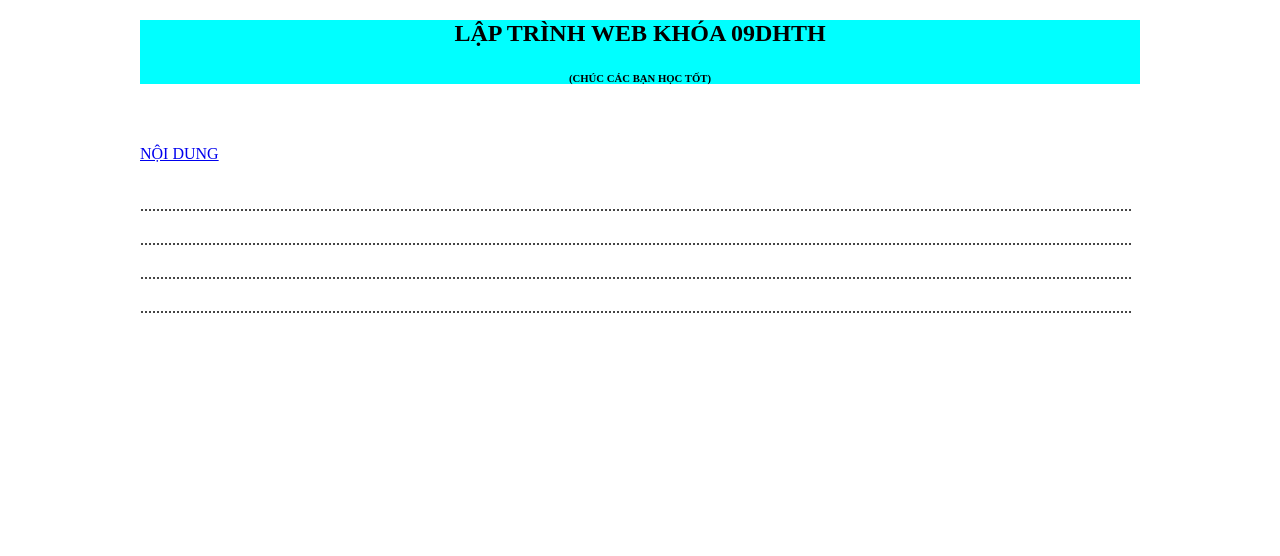
Repository: Tan-Khang21/TH_TKW--Buoi_01
Page: Buoi_01/Bt_ve_nha/BT_03/main.html
An editor plug-in stored every save of this project. The page is shown before and after the next save, followed by the edit.
The browser window is 1280 px wide. The pictures show the whole page.

Above is the page before, as saved 2024-01-22 20:04:17.

After the next save:
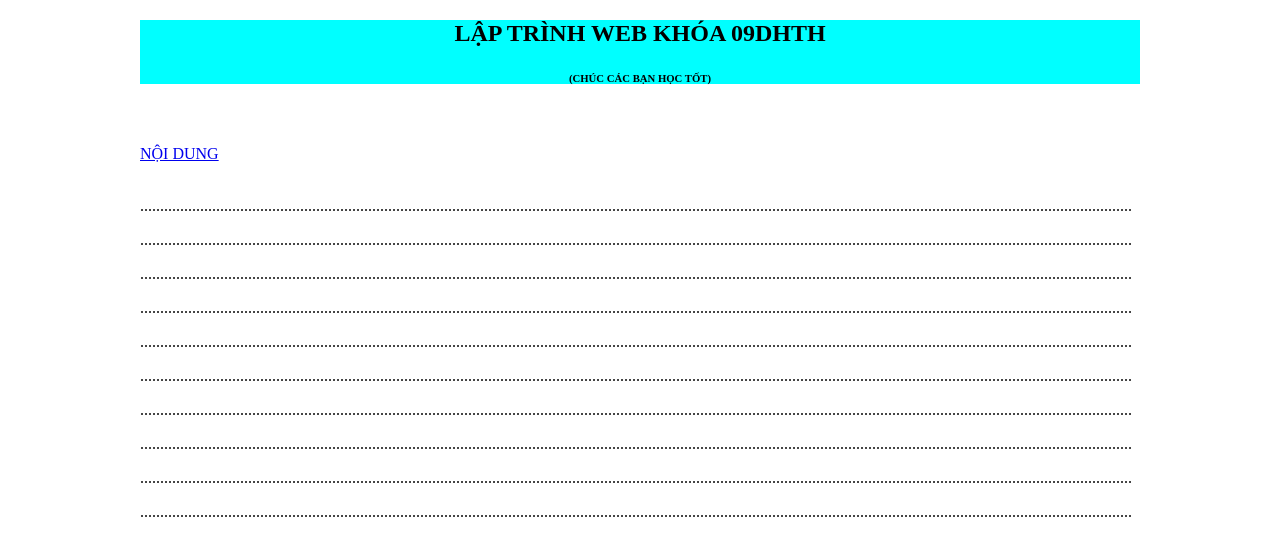
Saved 17 s later.
--- a/Buoi_01/Bt_ve_nha/BT_03/main.html
+++ b/Buoi_01/Bt_ve_nha/BT_03/main.html
@@ -19,6 +19,12 @@
     <p>........................................................................................................................................................................................................................................................</p>
     <p>........................................................................................................................................................................................................................................................</p>
     <p>........................................................................................................................................................................................................................................................</p>
+    <p>........................................................................................................................................................................................................................................................</p>
+    <p>........................................................................................................................................................................................................................................................</p>
+    <p>........................................................................................................................................................................................................................................................</p>
+    <p>........................................................................................................................................................................................................................................................</p>
+    <p>........................................................................................................................................................................................................................................................</p>
+    <p>........................................................................................................................................................................................................................................................</p>
 
     </div>
 </body>
